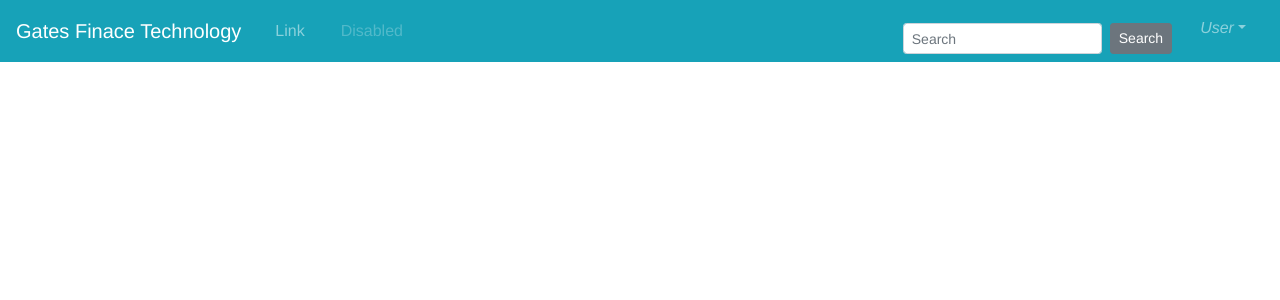
Repository: sqsssq/GatesFinace
Page: /main (app in webview/)
The author's editor kept a copy of each file at every save. The page is drawn from the files as they stood at one save, then again after the next save.
The browser window is 1280 px wide. The pictures show the whole page.
The project was rebuilt for these pictures with package versions that can differ from the ones it lists, and the page was loaded fresh each time. Also part of the build but not shown: webview/src/components/HelloWorld.vue, webview/src/views/Home.vue.

Above is the page before, as saved 2020-11-03 09:11:40.

### webview/public/index.html
<!DOCTYPE html>
<html lang="en">
  <head>
    <meta charset="utf-8">
    <meta http-equiv="X-UA-Compatible" content="IE=edge">
    <meta name="viewport" content="width=device-width,initial-scale=1.0">
    <link rel="icon" href="<%= BASE_URL %>favicon.ico">
    <title><%= htmlWebpackPlugin.options.title %></title>
    <style>
      html, body{ margin:0; height:100%; }
    </style>
  </head>
  <body>
    <noscript>
      <strong>We're sorry but <%= htmlWebpackPlugin.options.title %> doesn't work properly without JavaScript enabled. Please enable it to continue.</strong>
    </noscript>
    <div id="app"></div>
    <!-- built files will be auto injected -->
  </body>
</html>

### webview/src/main.js
import Vue from 'vue'
import App from './App.vue'
import router from './router'
import store from './store'
import ElementUI from 'element-ui'
import 'element-ui/lib/theme-chalk/index.css'
import 'element-ui/lib/theme-chalk/base.css'
import { BootstrapVue, IconsPlugin } from 'bootstrap-vue'
import 'bootstrap/dist/css/bootstrap.css'
import 'bootstrap-vue/dist/bootstrap-vue.css'

Vue.config.productionTip = false
Vue.use(ElementUI);
Vue.use(BootstrapVue);
Vue.use(IconsPlugin);

new Vue({
  router,
  store,
  render: h => h(App)
}).$mount('#app')

### webview/src/App.vue
<template>
  <div id="app">
    <!-- <div id="nav">
      <router-link to="/">Home</router-link> |
      <router-link to="/about">About</router-link>
    </div> -->
    <router-view/>
  </div>
</template>

<style lang="stylus">
#app
  font-family Avenir, Helvetica, Arial, sans-serif
  -webkit-font-smoothing antialiased
  -moz-osx-font-smoothing grayscale
  text-align center
  color #2c3e50
  margin-top 0px
  height 100%
</style>

### webview/src/router/index.js
import Vue from 'vue'
import VueRouter from 'vue-router'
import Home from '../views/Home.vue'
import Main from '../views/main.vue'

Vue.use(VueRouter)

const routes = [
  {
    path: '/',
    name: 'Home',
    component: Home
  },
  {
    path: '/about',
    name: 'About',
    // route level code-splitting
    // this generates a separate chunk (about.[hash].js) for this route
    // which is lazy-loaded when the route is visited.
    component: () => import(/* webpackChunkName: "about" */ '../views/About.vue')
  },
  {
    path: '/main',
    name: 'Main',
    component: Main
  }
]

const router = new VueRouter({
  mode: 'history',
  base: process.env.BASE_URL,
  routes
})

export default router

### webview/src/views/main.vue
<!--
 * @Author: your name
 * @Date: 2020-11-01 17:40:45
 * @LastEditTime: 2020-11-03 08:31:04
 * @LastEditors: Please set LastEditors
 * @Description: In User Settings Edit
 * @FilePath: \webview\src\views\main.vue
-->
<template>
  <div class="container-fiuled" style="height: 100%;">
    <!-- <img alt="Vue logo" src="../assets/logo.png"> -->
    <!-- <HelloWorld msg="Welcome to Your Vue.js App" style="height:100%"/> -->
    <gatesNavbar style="height: 100%" />
  </div>
</template>

<script>
// @ is an alias to /src
import HelloWorld from '@/components/HelloWorld.vue'
import gatesNavbar from '@/components/gatesNavbar.vue'

export default {
  name: 'Home',
  components: {
    gatesNavbar
  }
}
</script>

### webview/src/components/gatesNavbar.vue
<!--
 * @Author: your name
 * @Date: 2020-10-31 09:19:12
 * @LastEditTime: 2020-11-03 08:32:14
 * @LastEditors: Please set LastEditors
 * @Description: In User Settings Edit
 * @FilePath: \webview\src\components\HelloWorld.vue
-->
<template>
  <div>
    <b-navbar
      toggleable="lg"
      type="dark"
      variant="info"
    >
      <b-navbar-brand href="/main">Gates Finace Technology</b-navbar-brand>

      <b-navbar-toggle target="nav-collapse"></b-navbar-toggle>

      <b-collapse
        id="nav-collapse"
        is-nav
      >
        <b-navbar-nav>
          <b-nav-item href="#">Link</b-nav-item>
          <b-nav-item
            href="#"
            disabled
          >Disabled</b-nav-item>
        </b-navbar-nav>

        <!-- Right aligned nav items -->
        <b-navbar-nav class="ml-auto">
          <b-nav-form style="padding-top: 15px">
            <b-form-input
              size="sm"
              class="mr-sm-2"
              placeholder="Search"
            ></b-form-input>
            <b-button
              size="sm"
              class="my-2 my-sm-0"
              type="submit"
            >Search</b-button>
          </b-nav-form>

          <!-- <b-nav-item-dropdown text="Lang" right>
          <b-dropdown-item href="#">EN</b-dropdown-item>
          <b-dropdown-item href="#">ES</b-dropdown-item>
          <b-dropdown-item href="#">RU</b-dropdown-item>
          <b-dropdown-item href="#">FA</b-dropdown-item>
        </b-nav-item-dropdown> -->

          <b-nav-item-dropdown right>
            <!-- Using 'button-content' slot -->
            <template #button-content>
              <em>{{username == '' ? 'User' : username}}</em>
            </template>
            <b-dropdown-item href="#">Sign in</b-dropdown-item>
            <b-dropdown-item href="#">Register</b-dropdown-item>
            <b-dropdown-item href="#">Sign Out</b-dropdown-item>
          </b-nav-item-dropdown>
        </b-navbar-nav>
      </b-collapse>
    </b-navbar>
  </div>
</template>

<script>
import axios from 'axios';
export default {
  name: 'gatesNavbar',
  // props: {
  //   msg: String
  // }
  data () {
    return {
      username: ''
    }
  },
  methods: {
  },
  created () {
    // console.log(2);
    // this.getmsg();
  },
  mounted () {

    // this.createLogo();
  }
}
</script>

<!-- Add "scoped" attribute to limit CSS to this component only -->
<style scoped lang="stylus">
h3 {
  letter-spacing: 3px;
  color: #fff;
  font-weight: 500;
  margin-bottom: 10px;
  margin-top: 10px;
  font-size: 15px;
}

h2 {
  margin-top: 10px;
  color: #fff;
  letter-spacing: 10px;
  // font-size: 40px
  font-size: 20px;
}

ul {
  list-style-type: none;
  padding: 0;
}

li {
  display: inline-block;
  margin: 0 10px;
}

a {
  color: #42b983;
}
</style>

Loaded but not shown: webview/src/store/index.js (common file)

After the next save:
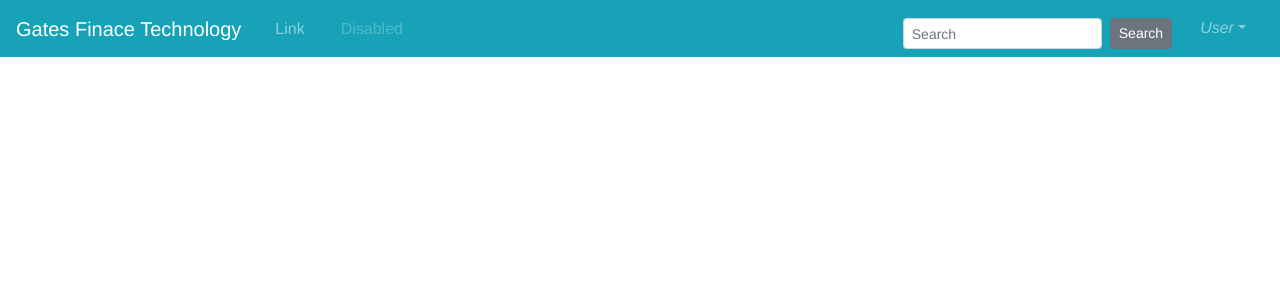
Saved 4 s later.
--- a/webview/src/components/gatesNavbar.vue
+++ b/webview/src/components/gatesNavbar.vue
@@ -31,7 +31,7 @@
 
         <!-- Right aligned nav items -->
         <b-navbar-nav class="ml-auto">
-          <b-nav-form style="padding-top: 15px">
+          <b-nav-form style="padding-top: 10px">
             <b-form-input
               size="sm"
               class="mr-sm-2"
